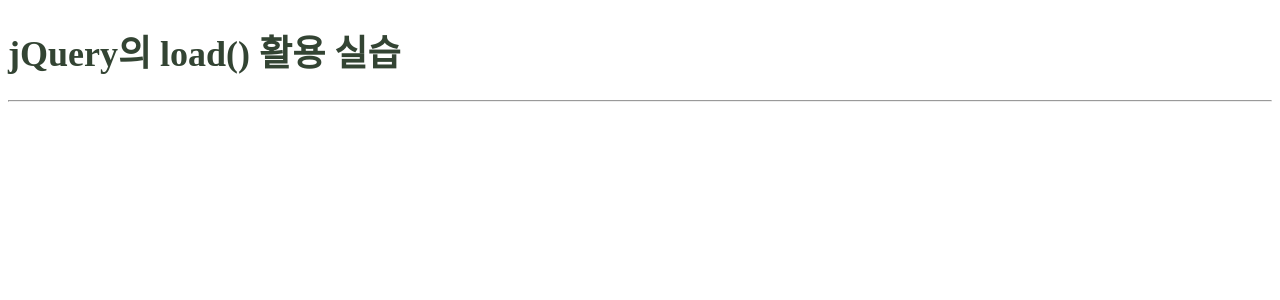
Repository: youngsik0405/Web-study
Page: AjaxJquery01/WebContent/LoadTest01.html
An editor plug-in stored every save of this project. The page is shown before and after the next save, followed by the edit.
The browser window is 1280 px wide. The pictures show the whole page.

Above is the page before, as saved 2025-02-04 00:04:20.

After the next save:
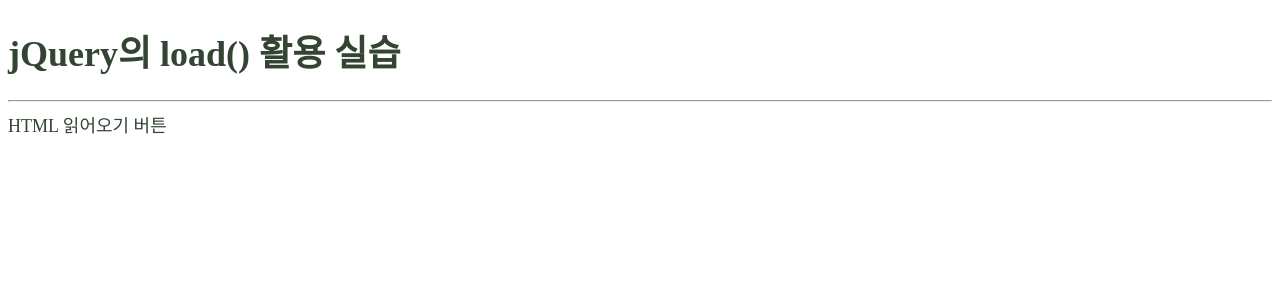
Saved 4 s later.
--- a/AjaxJquery01/WebContent/LoadTest01.html
+++ b/AjaxJquery01/WebContent/LoadTest01.html
@@ -14,7 +14,7 @@
 
 <div>
 	<div id="btn">
-		<div></div>
+		<div>HTML 읽어오기 버튼</div>
 	</div>
 </div>
 
